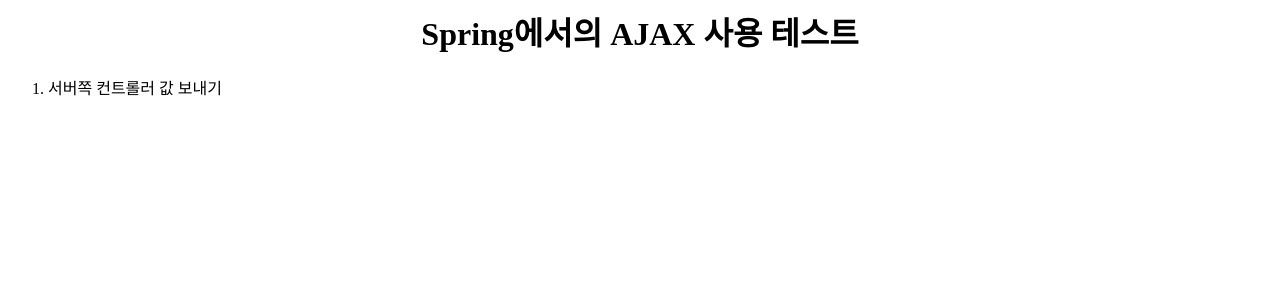
Repository: seokhwan-park/KH_workspace
Page: http://localhost/ajaxProject/home.do
The author's editor kept a copy of each file at every save. The page is drawn from the files as they stood at one save, then again after the next save.
The browser window is 1280 px wide. The pictures show the whole page.
The page is served by Tomcat 9.

Above is the page before, as saved 2020-10-06 07:39:03.

After the next save:
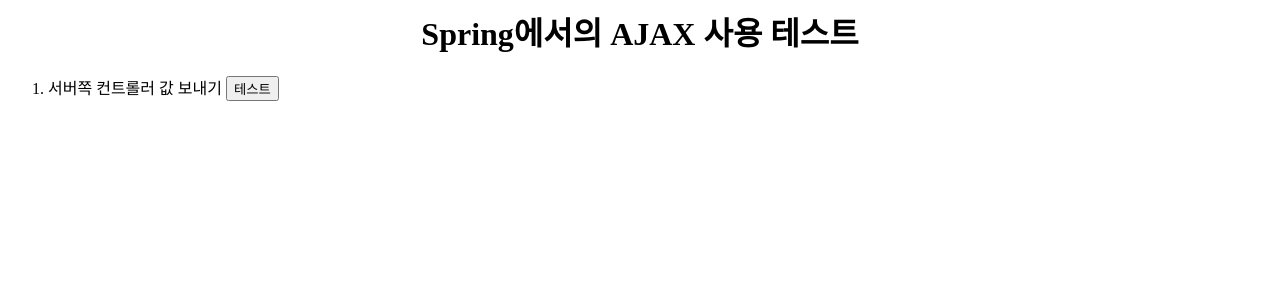
Console error: SyntaxError: Unexpected token '.'
Saved 3 min 20 s later.
--- a/springworkspace/ajaxProject/src/main/webapp/WEB-INF/views/home.jsp
+++ b/springworkspace/ajaxProject/src/main/webapp/WEB-INF/views/home.jsp
@@ -10,7 +10,17 @@
 	<h1 align="center">Spring에서의 AJAX 사용 테스트</h1>
 
 	<ol>
-		<li>서버쪽 컨트롤러 값 보내기</li>
+		<li>서버쪽 컨트롤러 값 보내기
+			<button id="btn1">테스트</button>
+			<div id="d1"></div>
+		</li>
+		<script>
+			$(function(){
+				$("#btn1").on("click",function({
+					$.ajax
+				});
+			});
+		</script>
 	</ol>
 
 </body>
